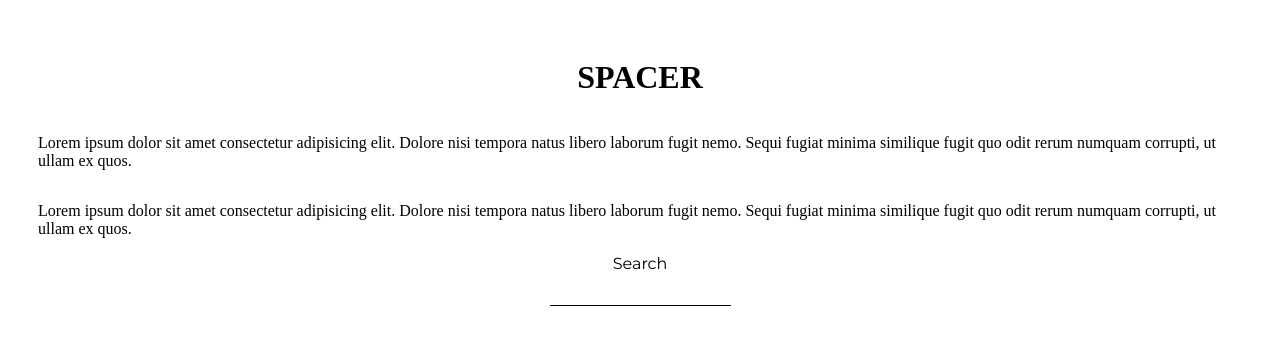
Repository: Trelefele/spacer-roman
Page: /
An editor plug-in stored every save of this project. The page is shown before and after the next save, followed by the edit.
The browser window is 1280 px wide. The pictures show the whole page.
The project was rebuilt for these pictures with package versions that can differ from the ones it lists, and the page was loaded fresh each time.

Above is the page before, as saved 2019-02-03 17:31:57.

After the next save:
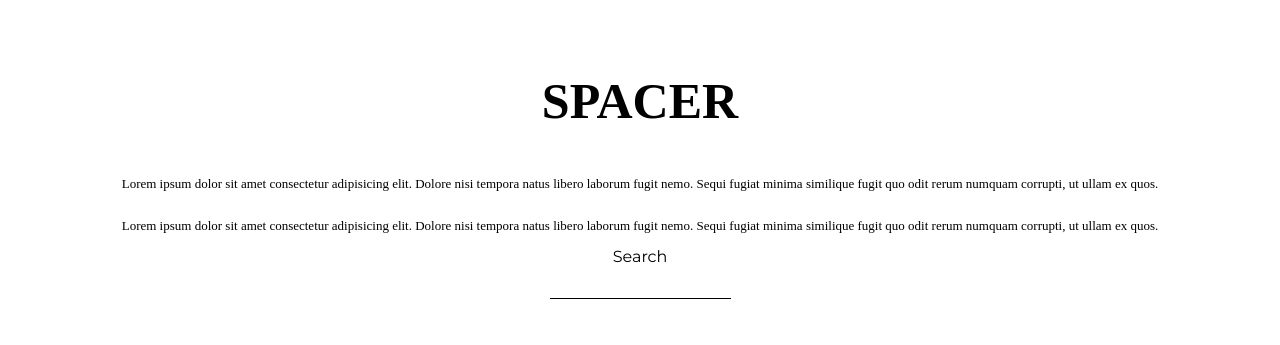
Saved 72 s later.
--- a/src/components/Claim.vue
+++ b/src/components/Claim.vue
@@ -23,4 +23,14 @@ export default {
         justify-content: center;
         align-items: center;
     }
+
+    .claim{
+        font-size: 50px;
+
+    }
+
+    .subclaim{
+        margin-top: 15 0 0 0;
+        font-size: 13px;
+    }
 </style>
